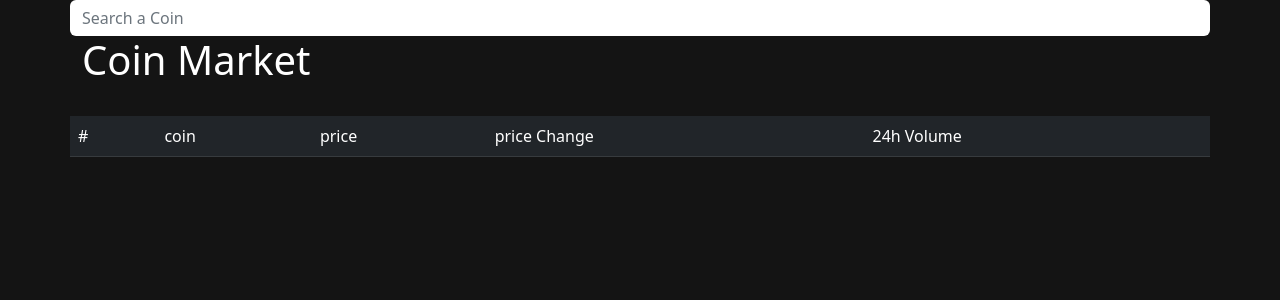
Repository: Ellisvelandia/react-coingecko-api
Page: /
The author's editor kept a copy of each file at every save. The page is drawn from the files as they stood at one save, then again after a run of saves.
The browser window is 1280 px wide. The pictures show the whole page.
The page's requests for data from a server got no answer. The project was rebuilt for these pictures with package versions that can differ from the ones it lists, and the page was loaded fresh each time. No one was signed in, and anything a server would have sent is missing. Also part of the build but not shown: src/App.css, src/components/CoinRow.js.

Above is the page before, as saved 2022-09-11 23:49:35.

After the next 2 saves:
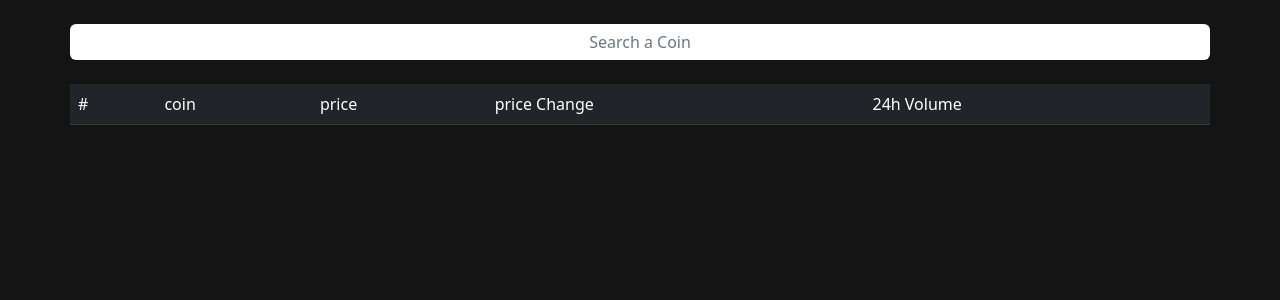
The 2 saves are shown as one change because they came seconds apart.
The last was saved 8 s later.
--- a/src/App.js
+++ b/src/App.js
@@ -22,8 +22,7 @@ function App() {
   return (
     <div className="container">
       <div className="row">
-        <input type="text" placeholder="Search a Coin" className="form-control text-light border-0 mt"/>
-        <h1>Coin Market</h1>
+        <input type="text" placeholder="Search a Coin" className="form-control text-light border-0 mt-4 text-center"/>
         <TableCoins coins={coins} />
       </div>
     </div>
